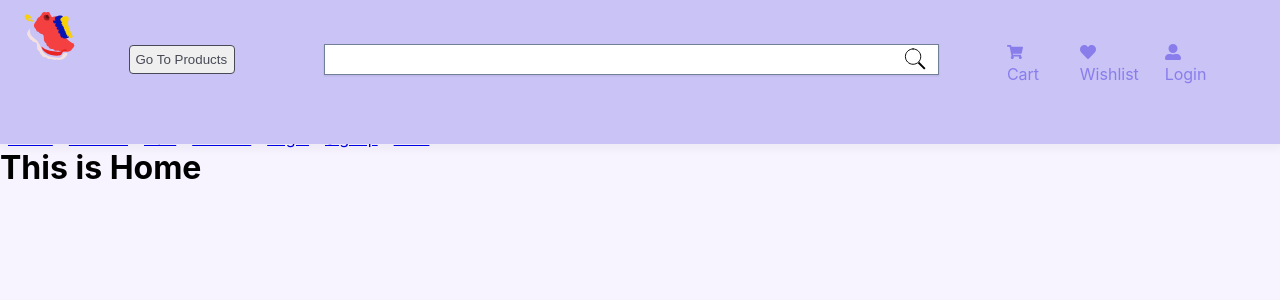
Repository: Irfan-vit/shoecase
Page: /
An editor plug-in stored every save of this project. The page is shown before and after a run of saves, followed by the edit.
The browser window is 1280 px wide. The pictures show the whole page.
The page's requests for data from a server got no answer. The project was rebuilt for these pictures with package versions that can differ from the ones it lists, and the page was loaded fresh each time. No one was signed in, and anything a server would have sent is missing. Also part of the build but not shown: src/pages/Product/ProductPage.jsx, src/pages/cart/CartPage.jsx, src/pages/wishlist/WishlistPage.jsx, src/pages/login/LoginPage.jsx, src/pages/signup/SignupPage.jsx, src/pages/user/StyledUser.jsx, src/components/forms/addAddress/AddAddress.jsx, src/components/forms/editAddress/EditAddress.jsx and 4 more.

Above is the page before, as saved 2023-05-22 04:55:51.

### src/index.js
import React, { useState } from 'react'
import { createRoot } from 'react-dom/client'
import { BrowserRouter } from 'react-router-dom'
import { makeServer } from './server'
import App from './App'

import { AuthProvider } from './context/AuthContext'
import { ToastContainer } from 'react-toastify'
import { ThemeProvider } from 'styled-components'
import { defaultTheme } from './utils/theme/theme'
import GlobalStyles from './utils/theme/Global'
import 'react-toastify/dist/ReactToastify.min.css'
import './utils/css/typography.css'
import './utils/css/colors.css'

// Call make Server
makeServer()

createRoot(document.getElementById('root')).render(
  <BrowserRouter>
    <AuthProvider>
      <ThemeProvider theme={defaultTheme}>
        <App />
        <ToastContainer />
        <GlobalStyles />
      </ThemeProvider>
    </AuthProvider>
  </BrowserRouter>,
)

### src/App.jsx
import { useEffect } from 'react'
import { Routes, Route, Link } from 'react-router-dom'
import axios from 'axios'

import Home from './pages/home/HomePage'
import Product from './pages/Product/ProductPage'
import Cart from './pages/cart/CartPage'
import Wishlist from './pages/wishlist/WishlistPage'
import Login from './pages/login/LoginPage'
import Signup from './pages/signup/SignupPage'
import User from './pages/user/User'

import RequiresAuth from './components/RequiresAuth'
import { useAuth } from './context/AuthContext'
import NavBar from './components/navBar/NavBar'

function App() {
  async function getCat() {
    const res = await axios.get('/api/products')
    const dat = res.data.products
    console.log(dat)
  }
  useEffect(() => {
    getCat()
  }, [])
  return (
    <div className="App">
      <NavBar />
      <nav>
        <Link to="/" style={{ padding: '0.5rem' }}>
          Home
        </Link>
        <Link to="/product" style={{ padding: '0.5rem' }}>
          Product
        </Link>
        <Link to="/cart" style={{ padding: '0.5rem' }}>
          Cart
        </Link>
        <Link to="/wishlist" style={{ padding: '0.5rem' }}>
          Wishlist
        </Link>
        <Link to="/login" style={{ padding: '0.5rem' }}>
          Login
        </Link>
        <Link to="/signup" style={{ padding: '0.5rem' }}>
          Signup
        </Link>
        <Link to="/user" style={{ padding: '0.5rem' }}>
          User
        </Link>
      </nav>
      <Routes>
        <Route path="/" element={<Home />} />
        <Route path="/product" element={<Product />} />
        <Route path="/wishlist" element={<Wishlist />} />
        <Route path="/login" element={<Login />} />
        <Route path="/signup" element={<Signup />} />
        {/* <Route path="/user" element={<User />} /> */}
        <Route
          path="/cart"
          element={
            <RequiresAuth>
              <Cart />
            </RequiresAuth>
          }
        />
        <Route
          path="/user"
          element={
            <RequiresAuth>
              <User />
            </RequiresAuth>
          }
        />
      </Routes>
    </div>
  )
}

export default App

### src/context/AuthContext.jsx
import { createContext, useContext, useEffect, useState } from 'react'
import { useNavigate, useLocation } from 'react-router-dom'
import axios from 'axios'
import { login, signup } from '../api/auth/apiAuth'

const AuthContext = createContext()

const AuthProvider = ({ children }) => {
  const localStorageToken = JSON.parse(localStorage.getItem('token'))
  const navigate = useNavigate()
  const location = useLocation()
  const [token, setToken] = useState(localStorageToken?.token)
  const [userDetails, setUserDetails] = useState(localStorageToken?.user)

  async function getUser({ email, password }, e) {
    try {
      e.preventDefault()
      const {
        data: { foundUser, encodedToken },
      } = await login({ email, password })
      localStorage.setItem(
        'token',
        JSON.stringify({ token: encodedToken, user: foundUser }),
      )
      setToken(encodedToken)
      setUserDetails(foundUser)
      console.log(foundUser)
      navigate(location?.state?.from?.pathname ?? '/', { replace: true })
    } catch {
      console.error('invalid Credentials')
    }
  }

  async function setUser({ email, password }, e) {
    try {
      e.preventDefault()
      const {
        data: { createdUser, encodedToken },
      } = await signup({ email, password })
      console.log(createdUser, encodedToken, 'response data')
      localStorage.setItem(
        'token',
        JSON.stringify({ token: encodedToken, user: createdUser }),
      )
      setToken(encodedToken)
      setUserDetails(createdUser)
      console.log(createdUser)
      navigate('/')
    } catch {
      console.error('invalid signup')
    }
  }
  return (
    <AuthContext.Provider
      value={{ getUser, setUser, token, setToken, userDetails, setUserDetails }}
    >
      {children}
    </AuthContext.Provider>
  )
}

const useAuth = () => useContext(AuthContext)

export { AuthProvider, useAuth }

### src/utils/theme/theme.js
import defaultColors from './defaultThemeColors'
// import typography from './typogarphy'
export const defaultTheme = {
  primaryBg: defaultColors.primaryBg,
  offSetBg: defaultColors.offSetBg,
  primaryText: defaultColors.primaryText,
  PrimaryHeading: defaultColors.PrimaryHeading,
  offSetText: defaultColors.offSetText,
  action: defaultColors.action,
  actionOffSet: defaultColors.actionOffSet,
  higilight: defaultColors.higilight,
}
export const darkTheme = {
  primaryBg: defaultColors.primaryBg,
  offSetBg: defaultColors.offSetBg,
  textOnPrimary: defaultColors.textOnPrimary,
  textOnOffSet: defaultColors.textOnOffSet,
  action: defaultColors.action,
  textColor: defaultColors.textColor,
  textMuted: defaultColors.textMuted,
}

### src/utils/theme/Global.js
import { createGlobalStyle } from 'styled-components'

const GlobalStyles = createGlobalStyle`
html {
    box-sizing: border-box;
    font-size: 16px;
    font-family: var(--font-family-body);
  }
*, *::before, *::after {
    box-sizing: inherit;
    Margin:0;
    Padding:0;
    Border:0;
}
body{
  background-color: ${(props) => props.theme.primaryBg};
}
`
export default GlobalStyles

### src/utils/css/typography.css
html {
    box-sizing: border-box;
    font-size: 16px;
    font-family: var(--font-family-body);
  }
*, *::before, *::after {
    box-sizing: inherit;
    Margin:0;
    Padding:0;
    Border:0;
}

:root{
    --font-family-hero: CircularPro, "Gill Sans", "Gill Sans MT", "Helvetica Neue", Helvetica, Arial, sans-serif;
    --font-family-headings: CircularPro, Sans, apple-system, sans-serif;
    --font-family-body: -apple-system, BlinkMacSystemFont, "Segoe UI", Roboto, Helvetica, Arial, sans-serif, "Apple Color Emoji", "Segoe UI Emoji", "Segoe UI Symbol";
    --font-family-serif: Georgia, "Times New Roman", serif;
    --font-family-mono: Menlo, Monaco, "Courier New", monospace;
    --font-xxxs: 0.425rem;
    --font-xxs: 0.625rem;
    --font-xs: 0.7rem;
    --font-sm: 0.875rem;
    --font-md: 1rem;
    --font-lg: 1.25rem;
    --font-xl: 1.5rem;
    --font-xxl: 2.25rem;
    --font-xxxl: 3rem;
    --font-xxxxl: 4rem;
    --font-weight-light: 300;
    --font-weight-normal: 400;
    --font-weight-strong: 500;
    --font-weight-semi-bold: 600;
    --font-weight-bold: 700;
    --primary-color: #6c5ce7;
    --primary-heavy: #5d4aec;
    --primary-light: #897dec;
    --text-on-primary: #ffffff;
    --primary-bg: #eceaff;
    --primary-bg-heavy: #c9c3f6;
    --secondary-color: #ffffff;
    --secondary-heavy: #ffffff;
    --secondary-light: #ffffff;
    --text-on-secondary: #6c5ce7;
    --secondary-bg: #ffffff;
    --secondary-bg-heavy: #ffffff;
    --error-color: #e62e5c;
    --error-heavy: #d31948;
    --error-light: #f086a0;
    --error-bg: #f7bac9;
    --error-bg-heavy: #8d1130;
    --spacing-unit: 6px;
    --margins: 2;
    --margin-size: (var(--margins) * 2);
    --cell-padding: (4 * var(--spacing-unit));
    --grid-gutter: (var(--margins) * var(--spacing-unit));
    --grid-margin: (var(--margin-size) * var(--spacing-unit));
    --cell-margin: (var(--grid-gutter) / 2);
    --border-radius-small: 0.125rem;
    --border-radius-medium: 0.25rem;
    --border-radius-large: 0.5rem;
    --border-radius-x-large: 1rem;
    --border-radius-circle: 50%;
    --border-radius-pill: 9999px;
    --border-size1: 1px;
    --border-size2: 2px;
    --border-size3: 3px;
    --border-size4: 4px;
    --text-color: #718096;
    --text-bright: #000;
    --text-muted: #a9b1ba;
    --bg-color: #fff;
    --background-body: #202b38;
    --background: #161f27;
    --background-alt: #1a242f;
    --box-shadow: 0 -1px 1px 0 rgba(0, 0, 0, 0.09), 0 2px 2px 0 rgba(0, 0, 0, 0.23);
    --box-shadow-x-small: 0 1px 0 #0d131e0d;
    --box-shadow-small: 0 1px 2px #0d131e1a;
    --box-shadow-medium: 0 2px 4px #0d131e1a;
    --box-shadow-large: 0 2px 8px #0d131e1a;
    --box-shadow-x-large: 0 4px 16px #0d131e1a;
    --border-color: #fff;
    --form-placeholder: #a9a9a9;
    --form-text: #fff;
    --color-focus-outline: #4299e14c;
    --tertiary-color: #8367C7;
    --complimentary-color: #F0FFF1;
    --twitter: #1da1f2;
    --slack: #4a154b;
    --github: #24292e;
    --heading-xxs: 1rem;
    --heading-xs: 1.1rem;
    --heading-sm: 1.25rem;
    --heading-md: 1.5rem;
    --heading-lg: 2rem;
    --heading-xl: 3rem;
    --heading-xxl: 4rem;
}

### src/utils/css/colors.css
:root{
    --background-color: #FFFFFF;
    --on-background-color: #2B2B2B;
    --on-background-low-color: #9598A1;
    --on-background-medium-color: #707279;
    --on-background-high-color: #2B2B2B;
    --primary-color: #6C5CE7;
    --on-primary-color: #FFFFFF;
    --border-medium-color: #EDEDED;
    --border-medium-hover-color: #CECECE;
    --border-medium-focus-color: #C6C6C6;
    --border-medium-active-color: #AFAFAF;
    --border-high-color: #BABEC9;
    --border-high-hover-color: #A3A6B0;
    --border-high-focus-color: #9DA1A9;
    --border-high-active-color: #8C8F96;
    --border-primary-color: #6C5CE7;
    --border-primary-hover-color: #8376EB;
    --border-primary-focus-color: #897DEC;
    --border-primary-active-color: #8F83ED;
    --surface-color: #FFFFFF;
    --surface-hover-color: #EDEBFC;
    --surface-active-color: #DCD8F9;
    --surface-focus-color: #E2DEFA;
    --on-surface-color: #2B2B2B;
    --on-surface-medium-color: #707279;
    --on-surface-low-color: #9598A1;
    --surface01-color: #FFFBFF;
    --surface02-color: #F7F2FD;
    --surface-primary-color: #140068;
    --surface-primary-hover-color: #3A2980;
    --surface-primary-active-color: #433386;
    --surface-primary-focus-color: #4C3D8C;
    --on-surface-primary-color: #FFFFFF;
    --surface-neutral-color: #FFFFFF;
    --surface-neutral-hover-color: #F4F5F6;
    --surface-neutral-focus-color: #F1F2F4;
    --surface-neutral-active-color: #EEEFF2;
    --on-surface-neutral-high-color: #2B2B2B;
    --on-surface-neutral-medium-color: #707279;
    --on-surface-neutral-low-color: #9598A1;
    --positive-color: #37B26C;
    --negative-color: #E62E5C;
    --warning-color: #FFC640;
    --process-color: #0984E3;
    --primary-surface-color: #F6F5FE;
    --positive-surface-color: #F3FAF6;
    --negative-surface-color: #FDF2F5;
    --warning-surface-color: #FFFCF4;
    --process-surface-color: #F0F8FD;
}

### src/backend/controllers/CategoryController.js
import { Response } from "miragejs";

/**
 * All the routes related to Category are present here.
 * These are Publicly accessible routes.
 * */

/**
 * This handler handles gets all categories in the db.
 * send GET Request at /api/categories
 * */

export const getAllCategoriesHandler = function () {
  try {
    return new Response(200, {}, { categories: this.db.categories });
  } catch (error) {
    return new Response(
      500,
      {},
      {
        error,
      }
    );
  }
};

/**
 * This handler handles gets all categories in the db.
 * send GET Request at /api/user/category/:categoryId
 * */

export const getCategoryHandler = function (schema, request) {
  const categoryId = request.params.categoryId;
  try {
    const category = schema.categories.findBy({ _id: categoryId });
    return new Response(200, {}, { category });
  } catch (error) {
    return new Response(
      500,
      {},
      {
        error,
      }
    );
  }
};

### src/backend/controllers/ProductController.js
import { Response } from "miragejs";

/**
 * All the routes related to Product are present here.
 * These are Publicly accessible routes.
 * */

/**
 * This handler handles gets all products in the db.
 * send GET Request at /api/products
 * */

export const getAllProductsHandler = function () {
  return new Response(200, {}, { products: this.db.products });
};

/**
 * This handler handles gets all products in the db.
 * send GET Request at /api/user/products/:productId
 * */

export const getProductHandler = function (schema, request) {
  const productId = request.params.productId;
  try {
    const product = schema.products.findBy({ _id: productId });
    return new Response(200, {}, { product });
  } catch (error) {
    return new Response(
      500,
      {},
      {
        error,
      }
    );
  }
};

### src/backend/db/categories.js
import { v4 as uuid } from 'uuid'
import { casual, fitness, track, sports } from '../../assets/assetsServer'
/**
 * Category Database can be added here.
 * You can add category of your wish with different attributes
 * */

export const categories = [
  {
    _id: uuid(),
    categoryName: 'casual',
    imgSrc: casual,
  },
  {
    _id: uuid(),
    categoryName: 'sports',
    imgSrc: sports,
  },
  {
    _id: uuid(),
    categoryName: 'fitness',
    imgSrc: fitness,
  },
  {
    _id: uuid(),
    categoryName: 'track',
    imgSrc: track,
  },
]

### src/backend/db/users.js
import { v4 as uuid } from 'uuid'
import { formatDate } from '../utils/authUtils'
/**
 * User Database can be added here.
 * You can add default users of your wish with different attributes
 * Every user will have cart (Quantity of all Products in Cart is set to 1 by default), wishList by default
 * */

export const users = [
  {
    _id: uuid(),
    firstName: 'Adarsh',
    lastName: 'Balika',
    email: 'adarshbalika@gmail.com',
    password: 'adarshbalika',
    address: [],
    createdAt: formatDate(),
    updatedAt: formatDate(),
  },
  {
    _id: uuid(),
    firstName: 'Adarsh',
    lastName: 'Balika',
    email: 'balika@gmail.com',
    password: 'balika',
    address: [],
    createdAt: formatDate(),
    updatedAt: formatDate(),
  },
]

### src/pages/home/HomePage.jsx
const Home = () => {
  return (
    <>
      <h1>This is Home</h1>
    </>
  )
}

export default Home

### src/components/navBar/NavBar.jsx
import { useNavigate } from 'react-router-dom'
import { redirect } from 'react-router-dom'
import { Link } from 'react-router-dom'
import { StyledNavWrapper, StyledNav, StyledNavList } from '../../styles/index'
import { FaShoppingCart, FaHeart, FaUserAlt } from 'react-icons/fa'
import HeroLogo from '../animations/HeroAnimations/HeroLogo'

import SearchInput from '../inputs/SeacrhInput'
import Select from '../select/Select'
// import { useFilterProducts } from '../../context/filterProductsContext'

const NavBar = () => {
  // const { filterDispatch, filterState } = useFilterProducts()
  const navigate = useNavigate()
  return (
    <StyledNavWrapper>
      <StyledNav>
        <div>
          <div>
            <Link to="/">
              <HeroLogo />
            </Link>
          </div>
          <div>
            <Select />
          </div>
        </div>
        <div>
          <div>
            <SearchInput />
          </div>
          <div>
            <StyledNavList>
              <ul>
                <li>
                  <Link to="/cart">
                    <FaShoppingCart />
                    <p>Cart</p>
                  </Link>
                </li>
                <li>
                  <Link to="/wishlist">
                    <FaHeart />
                    <p>Wishlist</p>
                  </Link>
                </li>
                <li>
                  <Link to="">
                    <FaUserAlt />
                    <p>Login</p>
                  </Link>
                </li>
              </ul>
            </StyledNavList>
          </div>
        </div>
      </StyledNav>
    </StyledNavWrapper>
  )
}

export default NavBar

### src/api/auth/apiAuth.js
import axios from 'axios'

export const login = async ({ email, password }) =>
  await axios.post(`/api/auth/login`, {
    email,
    password,
  })

export const signup = async ({ email, password }) =>
  await axios.post(`/api/auth/signup`, {
    email,
    password,
  })

### src/utils/theme/defaultThemeColors.js
const defaultColors = {
  primaryBg: '#f7f3ff',
  PrimaryHeading: '#a9b1ba',
  primaryText: '#718096',
  offSetBg: '#c9c3f6',
  offSetText: '#474a56',
  action: '#885df1',
  actionOffSet: '#ffffff',

  higilight: '#897dec',
  // higilight: '#5D48B8',
}

export default defaultColors

### src/assets/assetsServer.js
import casual from './images/casual.jpg'
import casualT1 from './images/casualT1.jpg'
import casualT2 from './images/casualT2.jpg'
import fitness from './images/fitness.jpg'
import fitnessT1 from './images/fitnessT1.jpg'
import fitnessT2 from './images/fitnessT2.jpg'
import track from './images/track.jpg'
import trackT1 from './images/trackT1.jpg'
import trackT2 from './images/trackT2.jpg'
import sports from './images/sports.jpg'
import sportsT1 from './images/sportsT1.jpg'
import sportsT2 from './images/sportsT2.jpg'
import men from './images/men.jpg'
import mensT1 from './images/mensT1.jpg'
import mensT2 from './images/mensT2.jpg'
import women from './images/women.jpg'
import womensT1 from './images/womensT1.jpg'
import womensT2 from './images/womensT2.jpg'

export {
  casual,
  casualT1,
  casualT2,
  fitness,
  fitnessT1,
  fitnessT2,
  track,
  trackT1,
  trackT2,
  sports,
  sportsT1,
  sportsT2,
  men,
  mensT1,
  mensT2,
  women,
  womensT1,
  womensT2,
}

### src/styles/index.js
export * from './NavBarStyles'
export * from './SelectStyles'
export * from './SearchInputStyles'

### src/components/animations/HeroAnimations/HeroLogo.jsx
import { useLottie, useLottieInteractivity } from 'lottie-react'
import logoRun from '../../../assets/json/logo.json'
const style = {
  height: '4rem',
  width: '4rem',
  display: 'inline-block',
  cursor: 'pointer',
}

const options = {
  animationData: logoRun,
}

const HeroLogo = () => {
  const lottieObj = useLottie(options, style)
  const Animation = useLottieInteractivity({
    lottieObj,
    mode: 'cursor',
    actions: [
      {
        position: { x: [0, 1], y: [0, 1] },
        type: 'seek',
        frames: [49, 72],
      },
      {
        position: { x: -1, y: -1 },
        type: 'stop',
        frames: [72],
      },
    ],
  })

  return Animation
}

export default HeroLogo

### src/components/inputs/SeacrhInput.jsx
import Search from '../animations/Floats/Search'

import { StyledSearchInput } from '../../styles/index'
// import { useFilterProducts } from '../../context/filterProductsContext'
const SearchInput = () => {
  // const { search, setSearch } = useFilterProducts()
  return (
    <form action="">
      <StyledSearchInput>
        <input
          type="text"
          // value={search}
          // onChange={(e) => setSearch(e.target.value)}
        />
        <Search />
      </StyledSearchInput>
    </form>
  )
}
export default SearchInput

### src/components/select/Select.jsx
import { useNavigate } from 'react-router-dom'
// import { useFilterProducts } from '../../context/filterProductsContext'
import { StyledSelect } from '../../styles/index'
import { Link } from 'react-router-dom'

const Select = () => {
  // const { filterDispatch, filterState } = useFilterProducts()
  const navigate = useNavigate()
  return (
    <form action="">
      <label
        htmlFor="categories"
        onSubmit={(e) => {
          e.preventDefault()
        }}
      >
        <StyledSelect name="categories" id="categories">
          <option value="select">
            <Link
              onClick={() => {
                // filterDispatch({ type: 'reset' })
                navigate('/product')
              }}
            >
              Go To Products
            </Link>
          </option>
          <option value="casual">
            <Link
              onClick={() => {
                // filterDispatch({ type: 'casual' })
                navigate('/product')
              }}
            >
              Casual
            </Link>
          </option>
          <option value="fitness">
            <Link
              onClick={() => {
                navigate('/product')
                // filterDispatch({ type: 'fitness' })
              }}
            >
              Fitness
            </Link>
          </option>
          <option value="track">
            <Link
              onClick={() => {
                navigate('/product')
                // filterDispatch({ type: 'track' })
              }}
            >
              Track
            </Link>
          </option>
          <option value="sports">
            <Link
              onClick={() => {
                navigate('/product')
                // filterDispatch({ type: 'sports' })
              }}
            >
              Sports
            </Link>
          </option>
        </StyledSelect>
      </label>
    </form>
  )
}
export default Select

### src/styles/NavBarStyles.jsx
import styled from 'styled-components'

const StyledNavWrapper = styled.aside`
  margin-bottom: 8rem;
`

const StyledNav = styled.nav`
  box-shadow: var(--box-shadow);
  box-shadow: 0px 0px 10px 4px rgb(0 0 0 / 5%);
  z-index: 1;
  position: fixed;
  top: 0;
  width: 100%;
  height: 9rem;
  background-color: ${(props) => props.theme.offSetBg};
  margin: 0 auto;
  display: flex;
  flex-flow: column;
  > :nth-child(1) {
    display: flex;
    justify-content: center;
  }
  > :nth-child(2) {
    display: flex;
    flex-flow: column;
    justify-content: space-evenly;
    flex-basis: 80%;
    > :nth-child(1) {
      flex-basis: 60%;
      order: 2;
    }
    > :nth-child(2) {
      flex-basis: 20%;
      order: 1;
    }
  }
  @media (min-width: 900px) {
    display: flex;
    flex-flow: row wrap;
    justify-content: space-between;
    align-items: baseline;
    > :nth-child(1) {
      display: flex;
      flex-flow: row;
      /* align-items: center; */
      align-content: center;
      align-items: baseline;
      flex-basis: 20%;
      justify-content: space-around;
    }
    > :nth-child(2) {
      display: flex;
      flex-flow: row wrap;
      justify-content: space-evenly;
      flex-basis: 80%;
      > :nth-child(1) {
        flex-basis: 60%;
        order: 1;
      }
      > :nth-child(2) {
        flex-basis: 20%;
        order: 2;
      }
    }
  }
`

const StyledNavList = styled.div`
  > ul {
    display: flex;
    flex-flow: row wrap;
    list-style-type: none;
    justify-content: space-between;
    align-items: center;
    align-content: center;
  }
  > ul > li {
    flex-basis: 23%;
  }
  > ul > li > a {
    text-decoration: none;
    margin: 0;
    padding: 0;
    transition: 0.3s;
    text-decoration: underline;
    text-decoration-color: transparent;
    -webkit-text-decoration-color: transparent;
    -moz-text-decoration-color: transparent;
    text-decoration: none;
    color: ${(props) => props.theme.higilight};
    :hover,
    :active,
    :focus {
      color: ${(props) => props.theme.offSetText};
      text-decoration-line: underline;
      text-decoration-style: line;
      text-decoration-color: ${(props) => props.theme.offSetText};
      text-underline-offset: 3px;
    }
  }
`
export { StyledNavWrapper, StyledNav, StyledNavList }

### src/styles/SelectStyles.jsx
import styled from 'styled-components'
const StyledSelect = styled.select`
  outline: none;
  border: none;
  outline: none;
  cursor: pointer;
  border-radius: var(--border-size4);
  padding: var(--spacing-unit);
  color: ${(props) => props.theme.offSetText};
  border: 1px solid ${(props) => props.theme.offSetText};
  appearance: none;
  :focus {
    border: 1px solid ${(props) => props.theme.action};
    outline: none;
  }
`
export { StyledSelect }

### src/styles/SearchInputStyles.jsx
import styled from 'styled-components'

const StyledSearchInput = styled.div`
  position: relative;
  width: 100%;
  > input {
    outline: none;
    cursor: pointer;
    padding: var(--font-xxxs) var(--font-xxs);
    color: ${(props) => props.theme.primaryText};
    border: 1px solid ${(props) => props.theme.primaryHeading};
    box-shadow: var(--box-shadow-small);
    width: 100%;
    :focus {
      border: 1px solid ${(props) => props.theme.action};
      outline: none;
    }
  }
  > a {
    position: absolute;
    right: 0;
    bottom: 0%;
    transform: translate(-50%, 0%);
    color: ${(props) => props.theme.textMuted};
    cursor: pointer;
    :hover {
      color: ${(props) => props.theme.primaryColor};
    }
  }
`
export {StyledSearchInput}

### src/components/animations/Floats/Search.jsx
import { useLottie, useLottieInteractivity } from 'lottie-react'
import search from '../../../assets/json/search.json'
const style = {
  height: '1.5rem',
  display: 'inline-block',
  cursor: 'pointer',
}

const options = {
  animationData: search,
}

const Search = () => {
  const lottieObj = useLottie(options, style)
  const Animation = useLottieInteractivity({
    lottieObj,
    mode: 'cursor',
    actions: [
      {
        position: { x: [0, 1], y: [0, 1] },
        type: 'loop',
        frames: [0, 20],
      },
      {
        position: { x: -1, y: -1 },
        type: 'stop',
        frames: [0],
      },
    ],
  })

  return <a href="#">{Animation}</a>
}

export default Search

Loaded but not shown: public/index.html (common file); src/backend/utils/authUtils.js (common file); src/assets/json/logo.json (1 lines, source omitted); src/assets/json/search.json (1 lines, source omitted); src/backend/controllers/CartController.js (148 lines, source omitted); src/server.js (87 lines, source omitted); src/backend/controllers/WishlistController.js (100 lines, source omitted); src/backend/controllers/AuthController.js (101 lines, source omitted); src/backend/db/products.js (106 lines, source omitted)

After the next 2 saves:
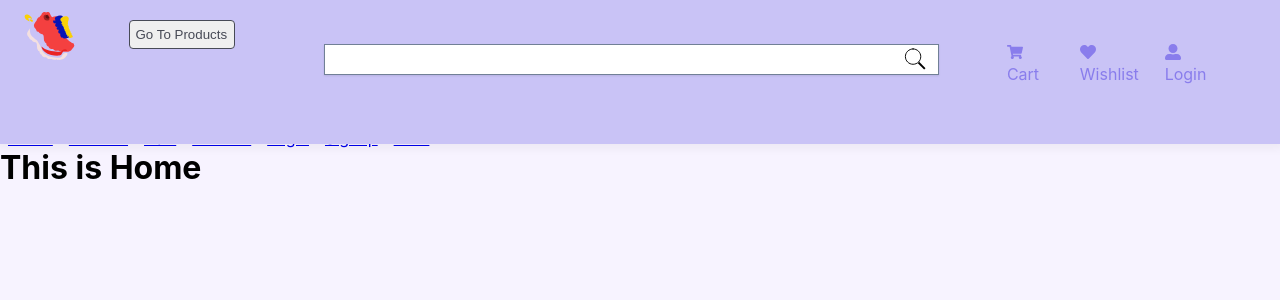
The 2 saves are shown as one change because they came seconds apart.
The last was saved 9 s later.
--- a/src/styles/NavBarStyles.jsx
+++ b/src/styles/NavBarStyles.jsx
@@ -42,9 +42,9 @@ const StyledNav = styled.nav`
     > :nth-child(1) {
       display: flex;
       flex-flow: row;
-      /* align-items: center; */
+      align-items: center;
       align-content: center;
-      align-items: baseline;
+      /* align-items: baseline; */
       flex-basis: 20%;
       justify-content: space-around;
     }
